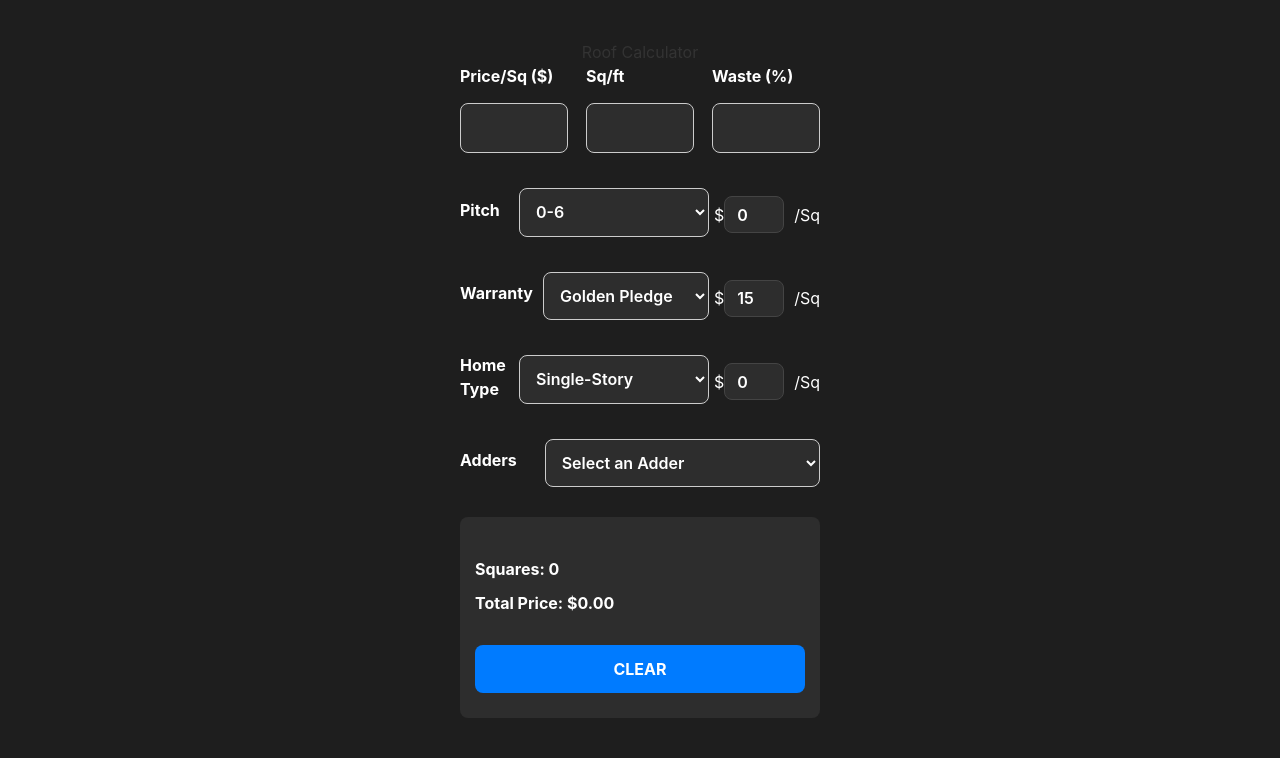
Repository: Tripp-L/roof-calc-app
Page: /
The author's editor kept a copy of each file at every save. The page is drawn from the files as they stood at one save, then again after the next save.
The browser window is 1280 px wide. The pictures show the whole page.
The project was rebuilt for these pictures with package versions that can differ from the ones it lists, and the page was loaded fresh each time.

Above is the page before, as saved 2024-10-17 23:44:43.

After the next save:
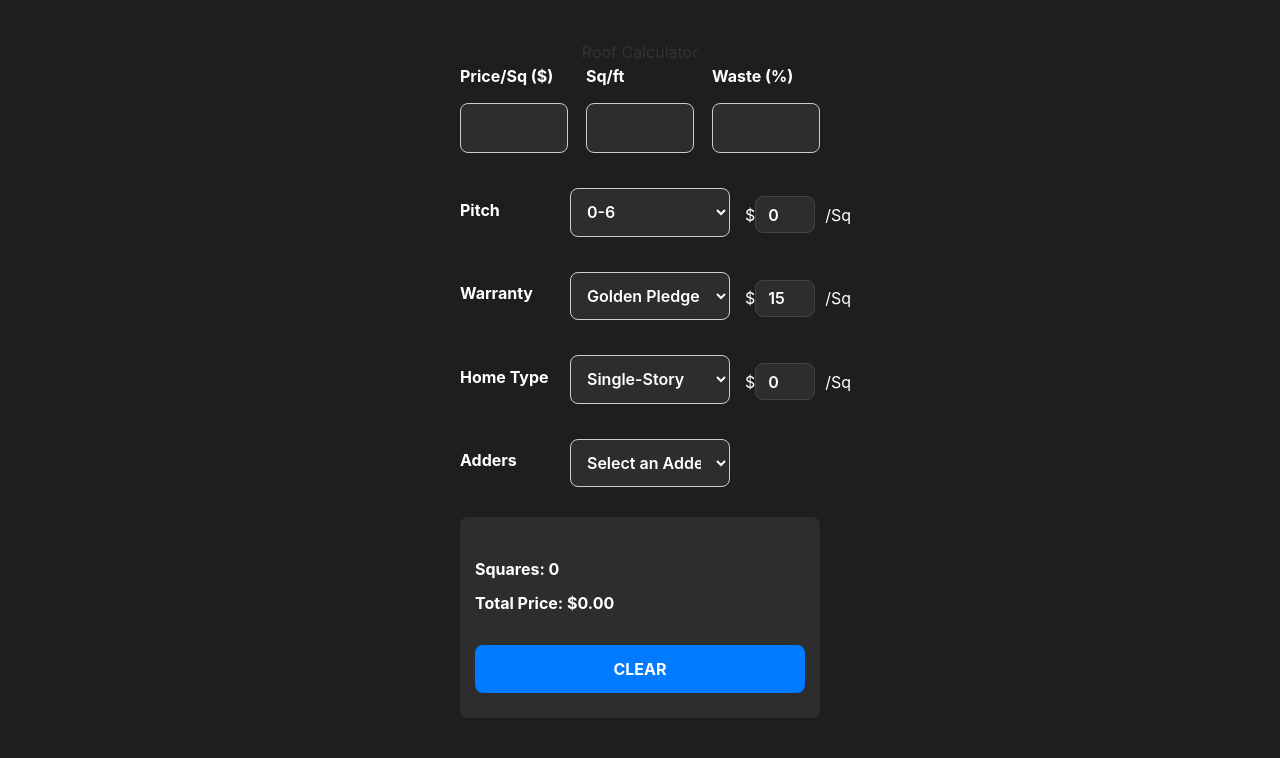
Saved 104 s later.
--- a/src/RoofCalculator.css
+++ b/src/RoofCalculator.css
@@ -11,15 +11,15 @@ body {
 }
 
 .input-group {
-  display: flex;
-  align-items: center;
+  display: grid;
+  grid-template-columns: 100px 1fr 80px;
+  align-items: center;
+  gap: 10px;
   margin-bottom: 15px;
-  justify-content: space-between;
 }
 
 .input-group label {
-  width: 100px;
-  margin-right: 10px;
+  margin-right: 0;
 }
 
 /* Style for the previously longer inputs */
@@ -73,9 +73,7 @@ body {
 .home-type-price-input {
   display: flex;
   align-items: center;
-  margin-top: 1px;
-  margin-bottom: 10px;
-  width: 80px; /* Added fixed width */
+  width: 100%;
 }
 
 .dollar-sign {
@@ -349,10 +347,11 @@ h1 {
 
 /* Modify the existing .input-group class */
 .input-group {
-  display: flex;
-  align-items: center;
+  display: grid;
+  grid-template-columns: 100px 1fr 80px;
+  align-items: center;
+  gap: 10px;
   margin-bottom: 15px;
-  justify-content: space-between;
 }
 
 /* Add this new class for the horizontal input groups */
@@ -371,7 +370,7 @@ h1 {
 
 /* Adjust the width of select dropdowns */
 .input-group select {
-  width: 150px; /* Consistent width for all dropdowns */
+  width: 100%;
   height: 48.5px;
   background-color: #2d2d2d;
   color: white;
@@ -394,15 +393,15 @@ h1 {
 .home-type-price-input {
   display: flex;
   align-items: center;
-  width: 80px;
+  width: 100%;
 }
 
 /* Adjust the width of the price inputs */
 .pitch-price-input input,
 .warranty-price-input input,
 .home-type-price-input input {
-  width: 60px;
-  height: 48.5px; /* Match the height of dropdowns */
+  width: 100%;
+  height: 48.5px;
   background-color: #2d2d2d;
   color: white;
   border: 1px solid #444;
@@ -411,3 +410,12 @@ h1 {
   line-height: 48.5px;
   box-sizing: border-box;
 }
+
+/* Adders dropdown */
+.input-group:last-of-type {
+  grid-template-columns: 100px 1fr;
+}
+
+.input-group:last-of-type select {
+  grid-column: 2 / -1;
+}
